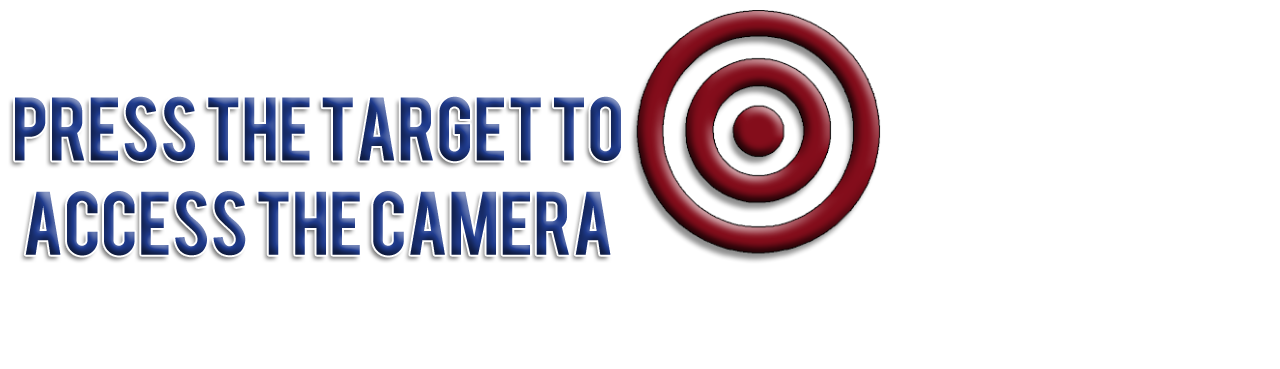
Repository: jemcphe/MDF3
Page: Week4 Project/Pictcha2/assets/www/index.html
These files come from the project's save history. The page is drawn as it stood at one moment and after the next save; the edit follows.
The browser window is 1280 px wide. The pictures show the whole page.

Above is the page before, as saved 2013-07-31 04:06:57.

After the next save:
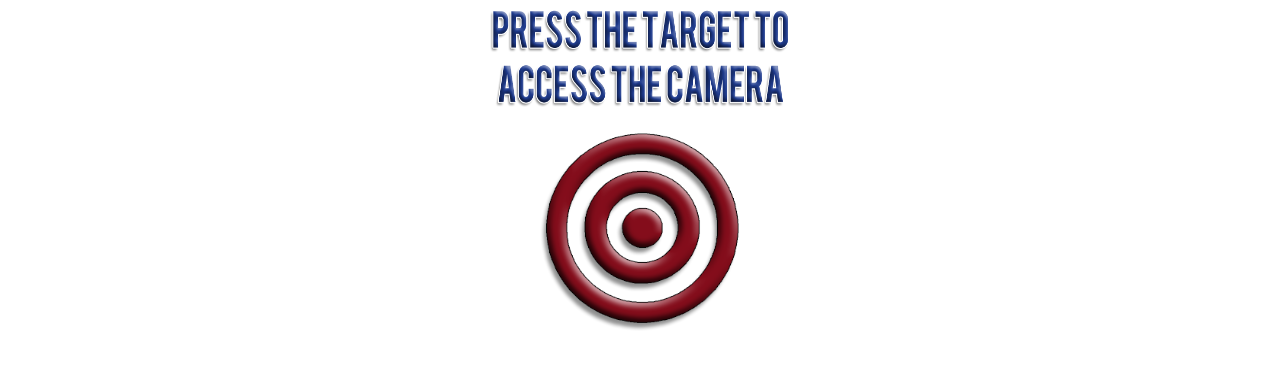
Saved 2 min 3 s later.
--- a/Week4 Project/Pictcha2/assets/www/index.html
+++ b/Week4 Project/Pictcha2/assets/www/index.html
@@ -9,11 +9,24 @@
 		<meta name="description" content="" />
 		<meta name="author" content="James McPherson" />
 		<meta name="viewport" content="width=device-width; initial-scale=1.0" />
+		<style>
+			#imageText {
+				text-align: center;
+				padding-bottom: 20px;
+			}
+			#target {
+				text-align: center;
+
+			}
+		</style>
 	</head>
 	<body>
-		<div>
-			<img  src="text.png" alt="Press The Target To Access The Camera" maxWidth="200px" minWidth="50px" maxHeight="100px" minHeight="50px" />
-			<img  src="bullseye.png" alt="Target" width="20%" height="20%" />
+		<div id="imageText">
+			<img  src="text.png" alt="Press The Target To Access The Camera" width="300px"   height="100px" />
 		</div>
+		<div id="target">
+			<img  src="bullseye.png" alt="Target" width="200px" height="200px" />
+		</div>
+
 	</body>
 </html>
